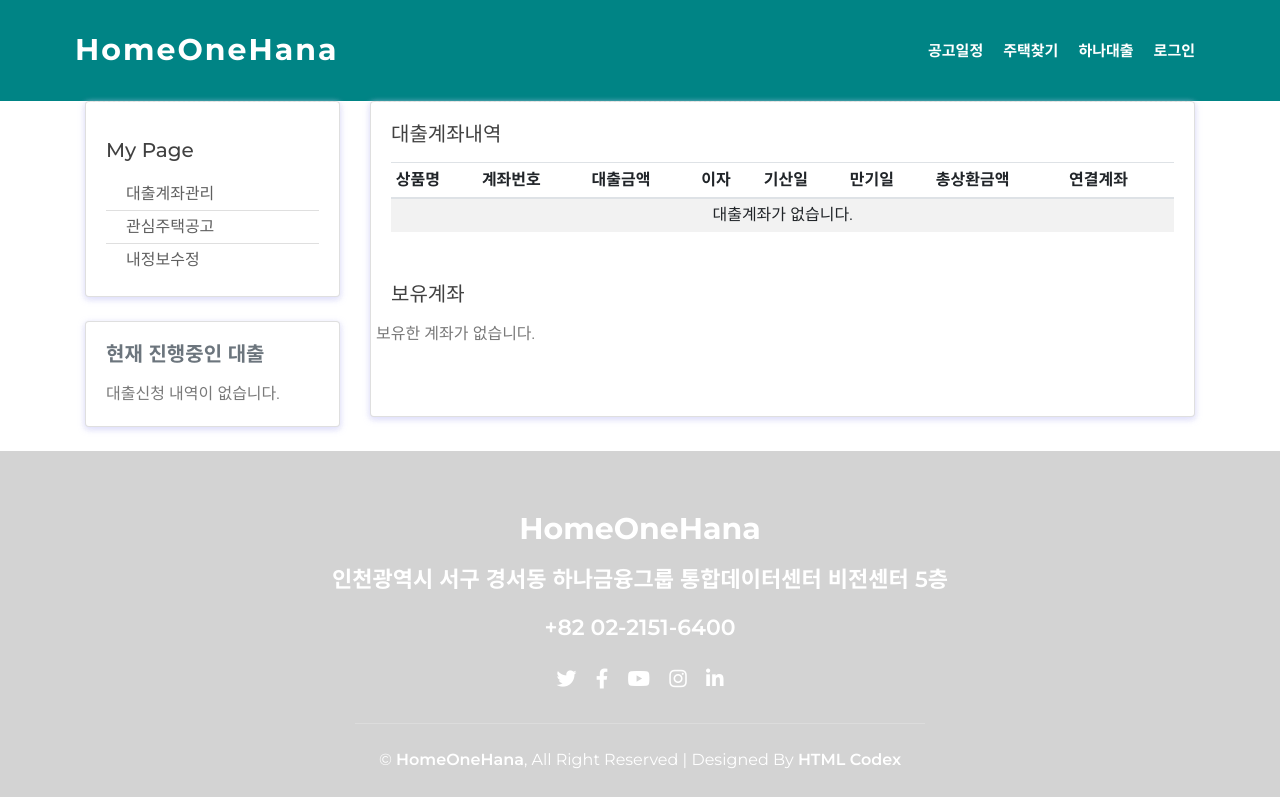
Repository: koposoftware/2021_10_syyoon
Page: http://localhost/HomeOneHana/WEB-INF/jsp/mypage/mypage.jsp
An editor plug-in stored every save of this project. The page is shown before and after the next save, followed by the edit.
The browser window is 1280 px wide. The pictures show the whole page.
Some icons come from a web library that is not loaded, so they are not drawn. Some web libraries are served in a nearby version. The page is served by Tomcat 9. Nobody is signed in. The template is opened directly, without the code that normally fills it, so the values that code supplies are empty.

Above is the page before, as saved 2021-09-15 11:47:45.

After the next save:
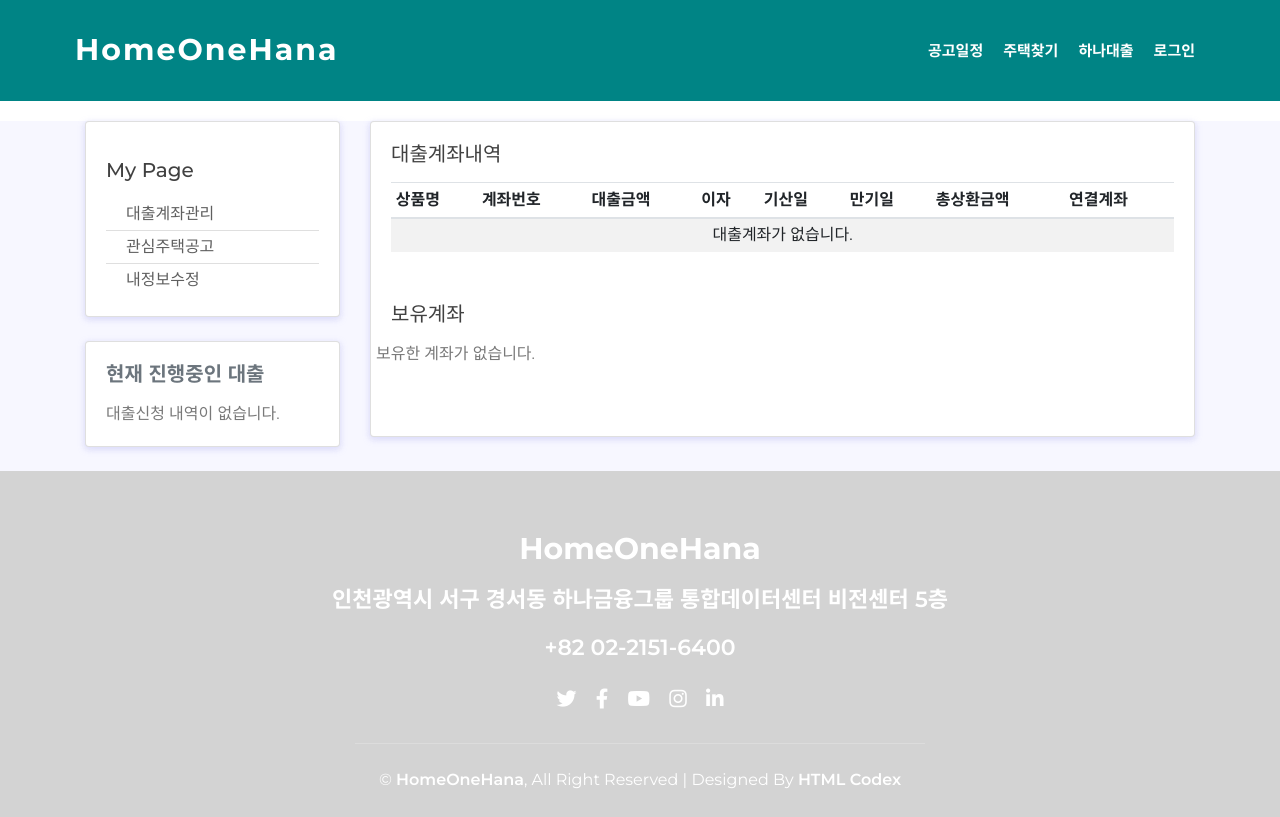
Saved 2 min 17 s later.
--- a/project/Spring-mvc/HomeOneHana/src/main/webapp/resources/css/mypage/mypage.css
+++ b/project/Spring-mvc/HomeOneHana/src/main/webapp/resources/css/mypage/mypage.css
@@ -2,7 +2,7 @@
 
 
 
-body{
+.body{
 margin-top:20px;
 background-color: #f7f7ff;
 }
